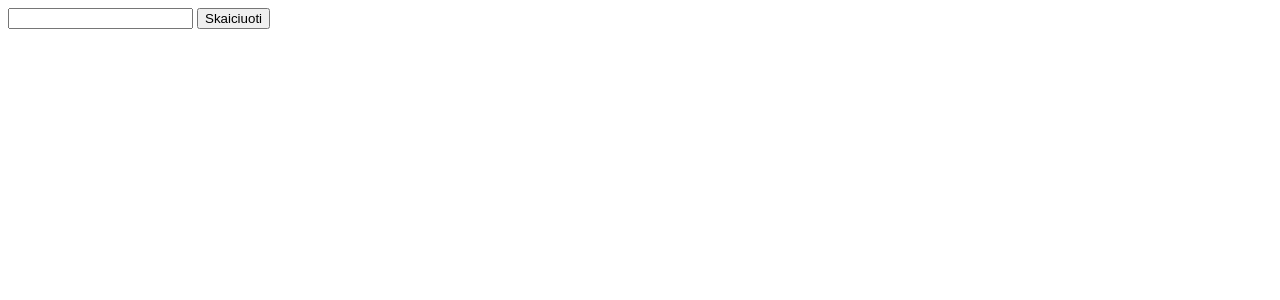
Repository: motiejus1/04-paskaita-PHP-05.31
Page: http://localhost/skaiciuotuvas.php
The author's editor kept a copy of each file at every save. The page is drawn from the files as they stood at one save, then again after a run of saves.
The browser window is 1280 px wide. The pictures show the whole page.
The page is run by PHP 8.4 with error messages shown; the project is at /var/www/html/.

Above is the page before, as saved 2021-07-26 20:56:54.

### skaiciuotuvas.php
<!DOCTYPE html>
<html lang="en">
<head>
    <meta charset="UTF-8">
    <meta http-equiv="X-UA-Compatible" content="IE=edge">
    <meta name="viewport" content="width=device-width, initial-scale=1.0">
    <title>Skaiciuotuvas</title>
</head>
<body>

    <form action="skaiciuotuvas.php" method="get">
        <input type="text" name ="aritmetika" />
        <button type="submit" name="patvirtinti">Skaiciuoti</button>
    </form>

    <?php

    if(isset($_GET["patvirtinti"])) {
        echo "Mygtukas paspaustas";

        if(isset($_GET["aritmetika"]) && !empty($_GET["aritmetika"])) {

        }

        $aritmetika = $_GET["aritmetika"];
        echo $aritmetika;

    }

    // $_GET["patvirtinti"] = // true arba false reiksmes
    // jei mygtukas buvo paspaustas - true
    //jei ne - false



    // 1. Užduotis "Skaičiuotuvas"

    // Sukurti skaičiuotuvą.
    // Skaičiuotuve įvedami du skaičiai ir veiksmas ivedamas i ta pati laukeli.
    // Rezultatas išvedamas į div.

    //2. Papildyti Užduotis "Skaičiuotuvas" taip,
    // kad rezultatas būtų atvaizduojamas tame pačiame lange


    ?>
</body>
</html>

After the next 2 saves:
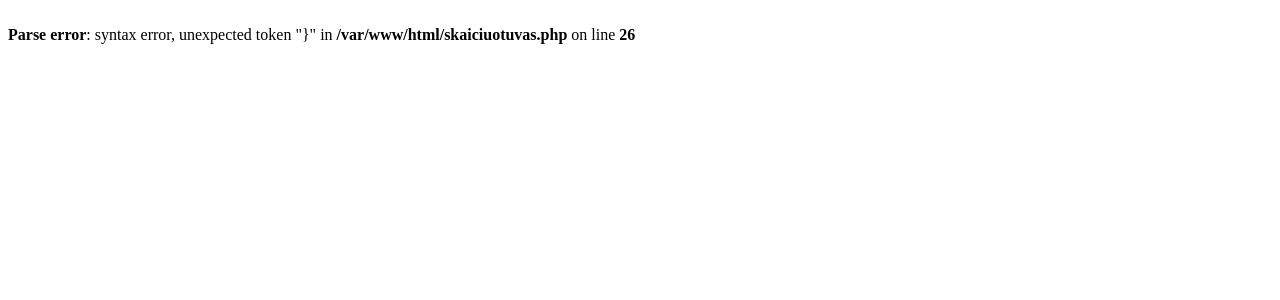
The 2 saves are shown as one change because they came seconds apart.
The last was saved 9 s later.
--- a/skaiciuotuvas.php
+++ b/skaiciuotuvas.php
@@ -19,7 +19,10 @@
         echo "Mygtukas paspaustas";
 
         if(isset($_GET["aritmetika"]) && !empty($_GET["aritmetika"])) {
-
+            $aritmetika = $_GET["aritmetika"];
+            echo $aritmetika;
+        } else {
+            eh
         }
 
         $aritmetika = $_GET["aritmetika"];

After the 2 saves that followed:
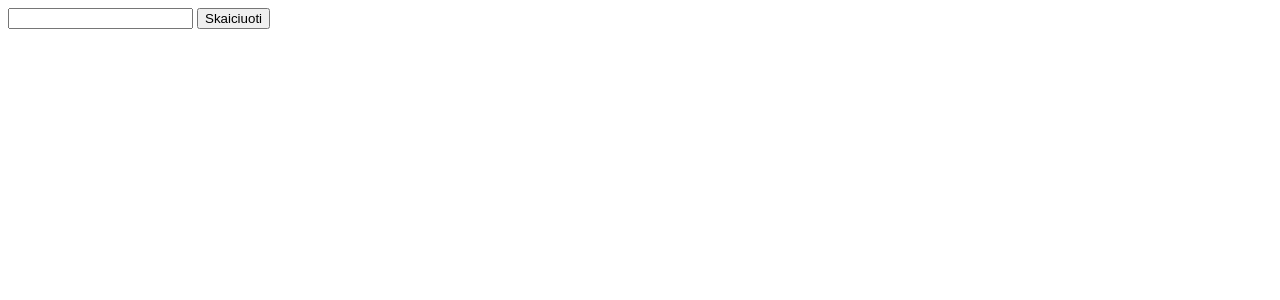
The 2 saves are shown as one change because they came seconds apart.
The last was saved 12 s later.
--- a/skaiciuotuvas.php
+++ b/skaiciuotuvas.php
@@ -22,7 +22,7 @@
             $aritmetika = $_GET["aritmetika"];
             echo $aritmetika;
         } else {
-            eh
+            echo "Laukelis tuscias";
         }
 
         $aritmetika = $_GET["aritmetika"];
